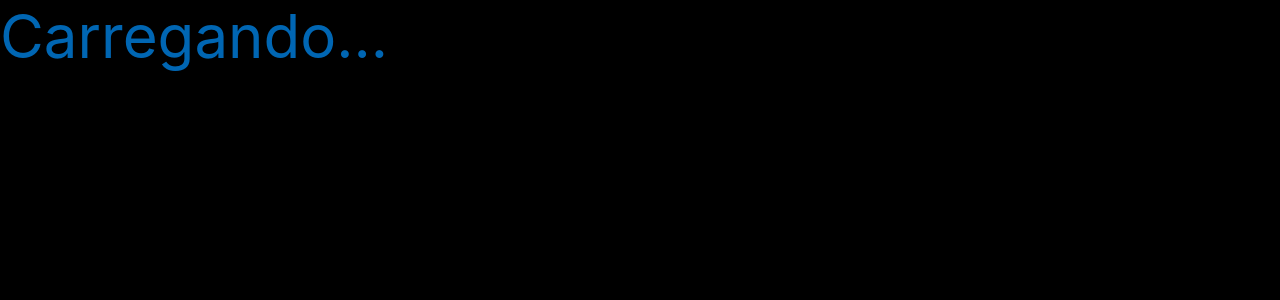
Repository: nlemuel/megasena-clone
Page: /
The author's editor kept a copy of each file at every save. The page is drawn from the files as they stood at one save, then again after the next save.
The browser window is 1280 px wide. The pictures show the whole page.
The page's requests for data from a server got no answer. The project was rebuilt for these pictures with package versions that can differ from the ones it lists, and the page was loaded fresh each time. No one was signed in, and anything a server would have sent is missing. Also part of the build but not shown: src/App.css, src/components/Num/styles.ts, src/components/Num/num.tsx.

Above is the page before, as saved 2022-10-28 12:05:53.

After the next save:
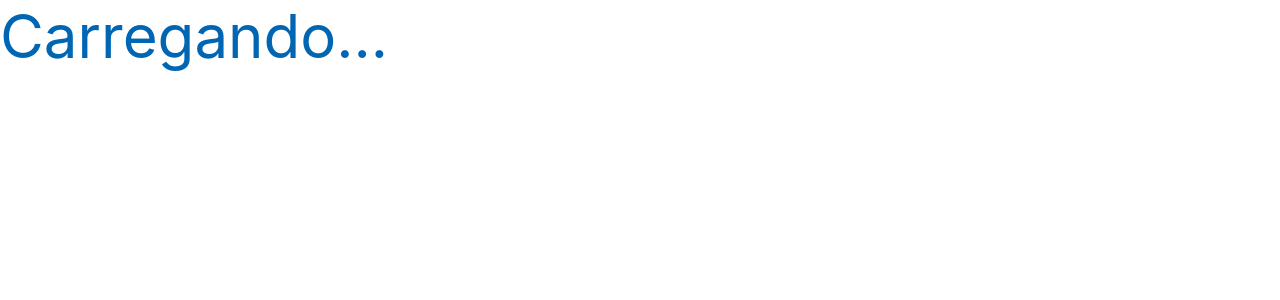
Saved 42 s later.
--- a/src/index.css
+++ b/src/index.css
@@ -5,8 +5,6 @@ body {
     sans-serif;
   -webkit-font-smoothing: antialiased;
   -moz-osx-font-smoothing: grayscale;
-
-  background-color: black;
 }
 
 code {
